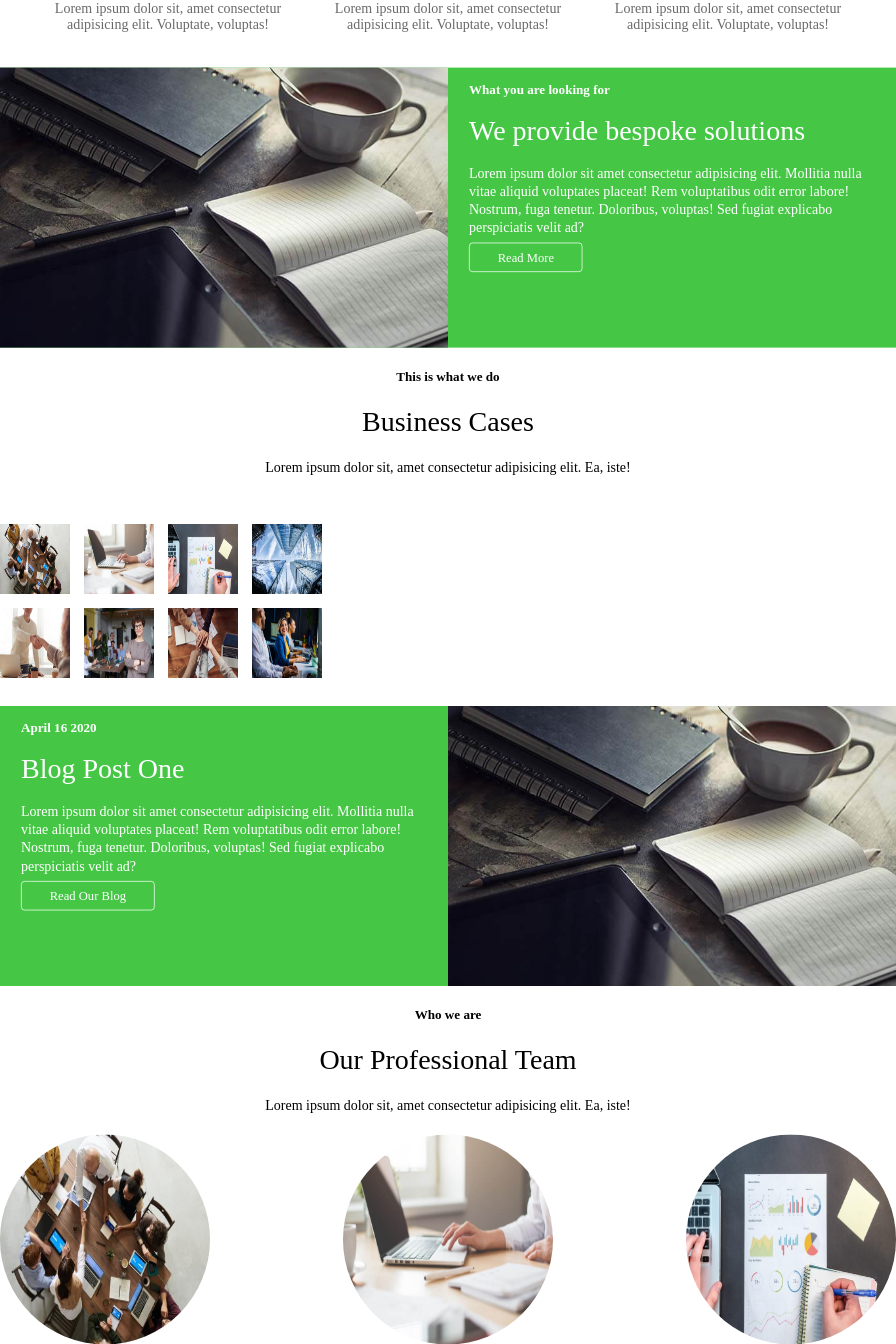
Repository: reemoon-ctrl/swiftdisk-Website-Flexbox
Page: index.html
The author's editor kept a copy of each file at every save. The page is drawn from the files as they stood at one save, then again after the next save.
The browser window is 1280 px wide. The pictures show the part of the page from y = 902 to 2822 px (the page is 2822 px tall), at 70% of full size.

Above is the page before, as saved 2024-07-27 10:02:31.

### index.html
<!DOCTYPE html>
<html lang="en">
<head>
    <meta charset="UTF-8">
    <meta name="viewport" content="width=device-width, initial-scale=1.0">
    <title>
        Swift Desk
    </title>
    <link rel="stylesheet" href="https://cdnjs.cloudflare.com/ajax/libs/font-awesome/6.0.0-beta3/css/all.min.css">

    <link rel="stylesheet" href="index.css">
</head>
<body>
    <div class="show-case">
        <header>
            <div class="nav-bar">
                <div class="title-bar">
                    <i class="fas fa-desktop fa-2x" style="color: rgb(37, 187, 37)"></i>
                    <h1 class="title"><span class="fword"> Swift</span>Desk</h1>
                </div>
                <div class="link-bar">
                    <a href="">Home</a>
                    <a href="#about">About</a>
                    <a href="">Cases</a>
                    <a href="">Blog</a>
                    <a href="">Contact</a>
                </div>
            </div>
        </header>
        <header class="hd-content">
            <h1>The Sky Is The Limit</h1>
            <p>We provide world class financial assistance
            </p>
            <a href="">>Read More</a>

        </header>

    </div>
    <main>
        <div class="about-section">
            <ul id="about"class="about-srvice" >
                <li><i class="fas fa-university " ></i>
                    <h3>Portfolio Manager</h3>
                    <p>Lorem ipsum dolor sit, amet consectetur adipisicing elit. Voluptate, voluptas!</p>
                </li>
                <li><i class="fas fa-book-open-reader " ></i>
                    <h3>Portfolio Manager</h3>
                    <p>Lorem ipsum dolor sit, amet consectetur adipisicing elit. Voluptate, voluptas!</p></li>
                <li><i class="fas fa-pen-fancy " ></i>
                    <h3>Tax&Custodial</h3>
                    <p>Lorem ipsum dolor sit, amet consectetur adipisicing elit. Voluptate, voluptas!</p></li>
            </ul>
        </div>
        <div>
            <div class="solutions">
                <div class="img"></div>
                <div class="solution-content">
                    <h3>What you are looking for</h3>
                    <h2>We provide bespoke solutions</h2>
                    <p>Lorem ipsum dolor sit amet consectetur
                        adipisicing elit. Mollitia nulla vitae aliquid voluptates placeat! Rem voluptatibus odit error labore! Nostrum, fuga tenetur. Doloribus, voluptas! Sed
                        fugiat explicabo perspiciatis velit ad?</p>
                    <a href="index.html">Read More</a>
                 </div>
            </div>
        </div>
        <div class="Business-case">
            <div class="Business-case-content">
                <h3>This is what we do</h3>
                <h2>Business Cases</h2>
                <p>Lorem ipsum dolor sit, amet consectetur
                     adipisicing elit. Ea, iste!</p>
            </div>
            <div class="BC-image">
                <img class="BCimg BCimg1" src="/img/cases/cases1.jpg" alt="">
                <img  class="BCimg BCimg2" src="/img/cases/cases2.jpg" alt="">
                <img class="BCimg BCimg3" src="/img/cases/cases3.jpg" alt="">
                <img class="BCimg BCimg4" src="/img/cases/cases4.jpg" alt="">
                <img class="BCimg BCimg5" src="/img/cases/cases5.jpg" alt="">
                <img class="BCimg BCimg6" src="/img/cases/cases6.jpg" alt="">
                <img class="BCimg BCimg7" src="/img/cases/cases7.jpg" alt="">
                <img class="BCimg BCimg8" src="/img/cases/cases8.jpg" alt="">
            </div>
        </div>

        <div>
            <div class="blog">
                <div class="img"></div>
                <div class="blog-content">
                    <h3>April 16 2020</h3>
                    <h2>Blog Post One</h2>
                    <p>Lorem ipsum dolor sit amet consectetur
                        adipisicing elit. Mollitia nulla vitae aliquid voluptates placeat! Rem voluptatibus odit error labore! Nostrum, fuga tenetur. Doloribus, voluptas! Sed
                        fugiat explicabo perspiciatis velit ad?</p>
                    <a href="index.html">Read Our Blog</a>
                 </div>
            </div>
        </div>
        <div class="Business-case">
            <div class="Business-case-content">
                <h3>Who we are</h3>
                <h2>Our Professional Team</h2>
                <p>Lorem ipsum dolor sit, amet consectetur
                     adipisicing elit. Ea, iste!</p>
            </div>
            <div class="team-image">
                <img class="tmimg tm-img1" src="/img/cases/cases1.jpg" alt="">
                <img  class="tmimg tm-img2" src="/img/cases/cases2.jpg" alt="">
                <img class="tmimg tm-img3" src="/img/cases/cases3.jpg" alt="">

            </div>
        </div>

    </main>


</body>
</html>

### index.css
*{
    box-sizing: border-box;
    margin: 0;
    padding: 0;
}
body{

}
.nav-bar{
    display: flex;
    justify-content:space-between ;
    padding: 10px 20px;
    color:#fff;




}
.title-bar{
    align-items: center;
    flex-grow: 1;
    display: flex;
    gap:.5rem;


}
.title-bar h1{
    display:inline-block;
    font-size:2.5rem;
    font-weight: 400;
}

.link-bar{

    /* flex-grow:1 ; */
    align-self: center;
    display: flex;
}
.link-bar a{
    padding: 10px 20px;
    color:#fff;
    text-decoration: none;


}
.link-bar a:hover{
    border-bottom: 1px #25bb25 solid;
}
.fword{
    color:#25bb25;
}
.show-case{
   height:100vh;
   text-align: center;
   color:#fff;

   background:  url('img/home/showcase.jpg') no-repeat center center/cover ;
}
.hd-content{
    padding-top: 18rem;
}
.hd-content h1{
    font-size: 3rem;
}
.hd-content p{
    font-size: 1.5rem;
    padding-top: .8rem;
    padding-bottom: .8rem;
}
.hd-content a{
    color: #fff;
    background:#45c745 ;
    padding: 10px 30px;
    border-radius: 5px;
    text-decoration: none;
    text-align: center;
}
.about-section ul{
    display: flex;
    list-style: none;
    gap: 20px;

}
.about-srvice{
    padding: 50px ;
}
.about-srvice li{
    text-align: center;
}
.about-srvice li i{
    background-color: rgb(69, 199, 69);
    color:#fff;
    width:70px;
    height: 70px;
    border-radius: 70px;
    font-size: 40px;
    padding-top:15px ;


}
.about-srvice li h3{
    padding-top: 20px;
}
.about-srvice li p{
    padding-top: 20px;
    font-size: 20px;
    color: dimgrey;
}

.solutions{
    display:flex;
    background: #45c745;

}
.img{
    width:50%;
    background: url('/img/home/people.jpg') center center/cover no-repeat;

}
.solution-content{
    color:#fff;
    padding:20px 30px;
}
.solution-content{
    height:25rem;
    width: 50%;
}
.solution-content h2{
    font-size: 40px;
    font-weight: 500;
    padding: 1.5rem 0px;
}
.solution-content p{
    font-size: 20px;
    line-height: 1.3;
    margin-bottom: 20px;
}
.solution-content a{
    padding: 10px 40px;
    border: 1px solid;
    color:#fff;
    text-decoration: none;
    border-radius: 5px;
    font-size: 18px;

}
.Business-case{
    width: 100vw;
}
.Business-case-content{
    text-align: center;
    padding-left: 30px;
    padding-right: 30px;
}
.Business-case-content h3{
    padding: 30px 0px;
}
.Business-case-content h2{
   padding-bottom: 30px;
    font-size: 40px;
    font-weight: 500;
}
.Business-case-content p{
    padding-bottom: 30px;
    font-size: 20px;
}
.BC-image{
    display: grid;
    grid-template-columns:100px 100px 100px 100px ;
   gap: 20px;
   padding: 40px 0px;
}
.BCimg{
    width: 100px;
    height:100px;

}
/* //////////////////////////////////// */
.blog{
    display:flex;
    background: #45c745;
    flex-direction: row-reverse;

}
.img{
    width:50%;
    background: url('/img/home/blog.jpg') center center/cover no-repeat;

}
.blog-content{
    color:#fff;
    padding:20px 30px;
}
.blog-content{
    height:25rem;
    width: 50%;
}
.blog-content h2{
    font-size: 40px;
    font-weight: 500;
    padding: 1.5rem 0px;
}
.blog-content p{
    font-size: 20px;
    line-height: 1.3;
    margin-bottom: 20px;
}
.blog-content a{
    padding: 10px 40px;
    border: 1px solid;
    color:#fff;
    text-decoration: none;
    border-radius: 5px;
    font-size: 18px;

}
.team-image{
    display: flex;
    justify-content: space-between;

}
.tmimg{
    width: 300px;
    height:300px;
    border-radius: 150px;

}

After the next save:
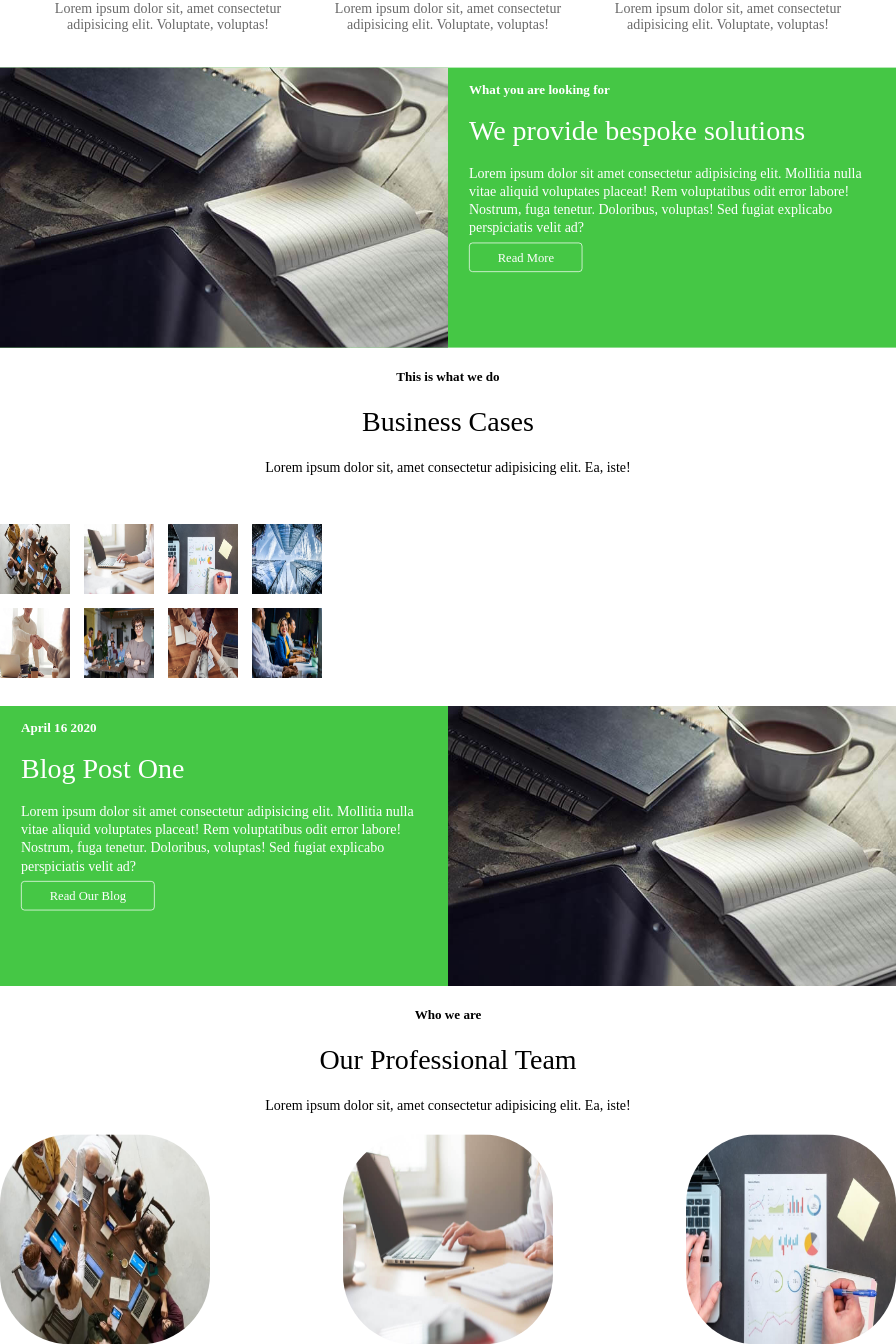
Saved 4 s later.
--- a/index.css
+++ b/index.css
@@ -222,6 +222,6 @@
 .tmimg{
     width: 300px;
     height:300px;
-    border-radius: 150px;
-
-}
+    border-radius: 100px;
+
+}

After the save that followed:
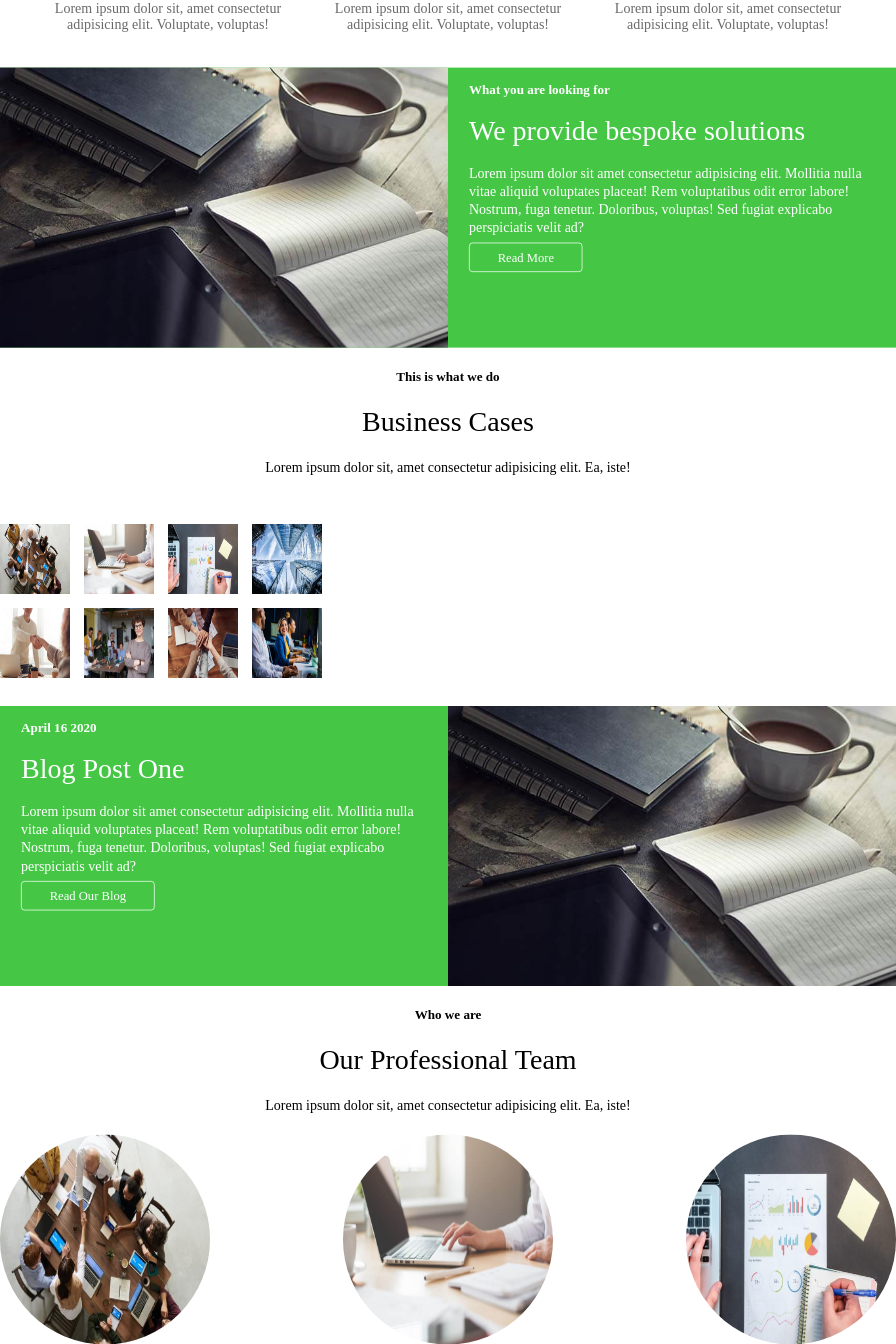
Saved 5 s later.
--- a/index.css
+++ b/index.css
@@ -222,6 +222,6 @@
 .tmimg{
     width: 300px;
     height:300px;
-    border-radius: 100px;
-
-}
+    border-radius: 150px;
+
+}
